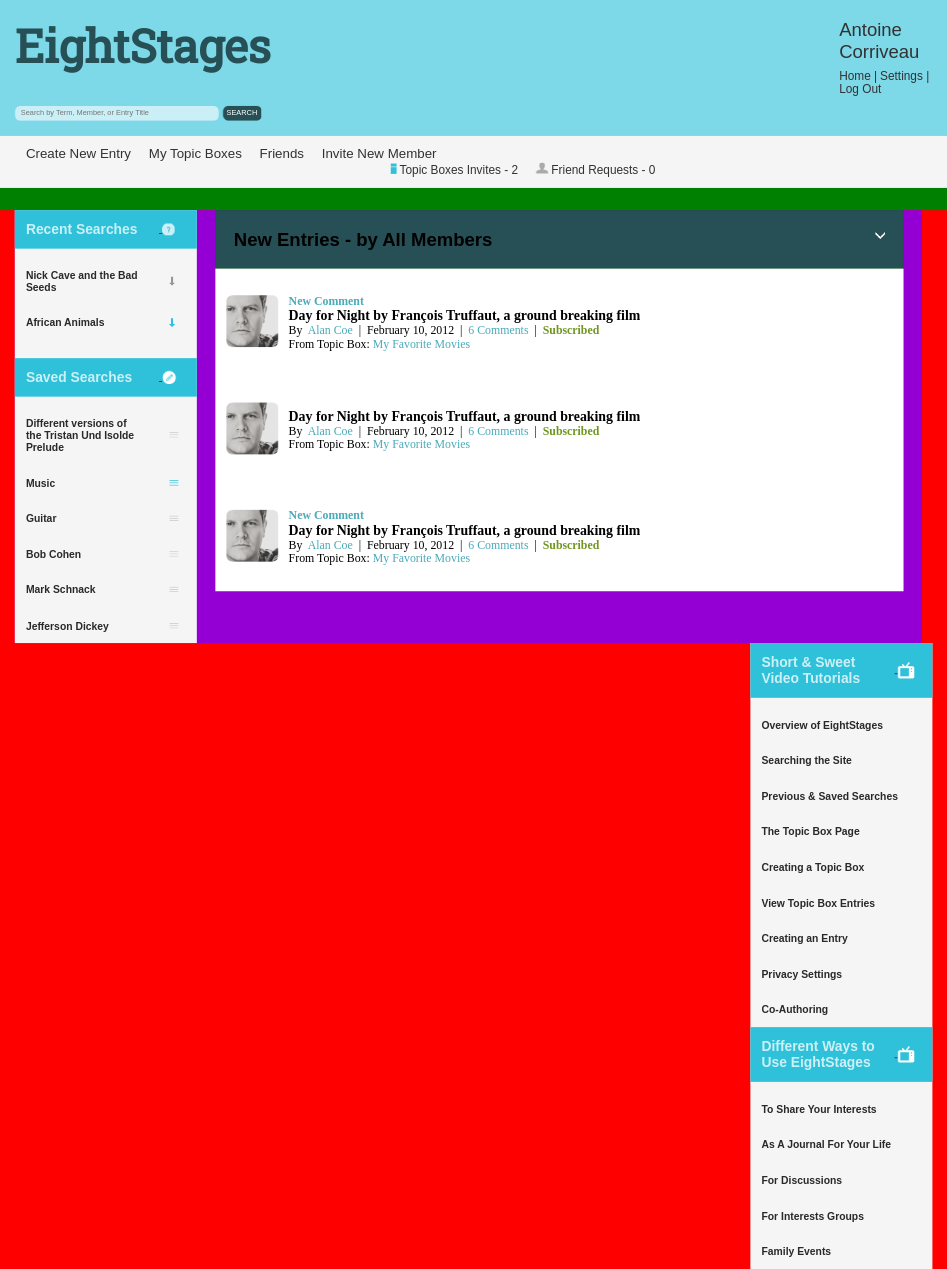
Repository: bhattaraib58/eighstages-lf-design
Page: Assignment 3/Eight Stages Website Mockup Done/index.html
The author's editor kept a copy of each file at every save. The page is drawn from the files as they stood at one save, then again after the next save.
The browser window is 1280 px wide. The pictures show the whole page, at 74% of full size.
Some web fonts or font styles are not loaded; a fallback is used.

Above is the page before, as saved 2019-06-10 03:09:53.

### Assignment 3/Eight Stages Website Mockup Done/index.html
<!DOCTYPE html>
<html lang="en">

<head>
    <meta charset="UTF-8">
    <meta name="viewport" content="width=device-width, initial-scale=1.0">
    <meta http-equiv="X-UA-Compatible" content="ie=edge">
    <link href="https://fonts.googleapis.com/css?family=Roboto+Slab:300,400&display=swap" rel="stylesheet">
    <link href="https://fonts.googleapis.com/css?family=Istok+Web&display=swap" rel="stylesheet">
    <link rel="stylesheet" href="css/reset.css">
    <link rel="stylesheet" href="css/style.css">
    <title>EightStages</title>
</head>

<body>
    <div class="header">
        <div class="top-header clearfix">
            <div class="logo-search">
                <div class="logo">
                    <h1><a href="#">EightStages</a></h1>
                </div>
                <form action="#">
                    <div class="input">
                        <input type="text" name="search-box" placeholder="Search by Term, Member, or Entry Title">
                    </div>
                    <div class="button">
                        <button type="submit">SEARCH</button>
                    </div>
                </form>
            </div>
            <div class="profile-info">
                <div class="title"><a href="#">Antoine Corriveau</a></div>
                <ul class="horizontal-line">
                    <li><a href="#">Home |</a></li>
                    <li><a href="#">Settings |</a></li>
                    <li><a href="#">Log Out</a></li>
                </ul>
            </div>
        </div>
        <div class="bottom-header clearfix">
            <ul class="menu-items">
                <li><a href="#">Create New Entry</a></li>
                <li><a href="#">My Topic Boxes</a></li>
                <li><a href="#">Friends</a></li>
                <li><a href="#">Invite New Member</a></li>
            </ul>
            <div class="user-info">
                <a href="#" class="topic-invites">
                    <img src="images/topic-invites.png" alt="Topic Invites Icon">
                    <span>Topic Boxes Invites - </span>
                    <span>2</span>
                </a>
                <a href="#" class="friend-requests">
                    <img src="images/user.png" alt="User Icon">
                    <span>Friend Requests - </span>
                    <span>0</span>
                </a>
            </div>
        </div>
    </div>
    <div class="container">
        <div class="searches-entries-container">
            <div class="searches-container">
                <div class="recent-searches">
                    <div class="content-title">
                        <a href="#">
                            <h3 class="content-common">Recent Searches</h3>
                            <img src="images/question-mark.png" alt="Question Mark">
                        </a>
                    </div>
                    <div class="searches-content">
                        <ul>
                            <li class="content"><a href="#">
                                    <div>Nick Cave and the Bad Seeds</div>
                                    <img src="images/download-gray.png" alt="Downlaod Gray Icon">
                                </a></li>
                            <li class="content">
                                <a href="#">
                                    <div>African Animals</div>
                                    <img src="images/download-lit.png" alt="Downlaod Lit Icon">
                                </a>
                            </li>
                        </ul>
                    </div>
                </div>
                <div class="saved-searches">
                    <div class="content-title">
                        <a href="#">
                            <h3 class="content-common">Saved Searches</h3>
                            <img src="images/edit-pen.png" alt="Edit Icon">
                        </a>
                    </div>
                    <div class="searches-content">
                        <ul>
                            <li class="content"><a href="#">
                                    <div>Different versions of the
                                        Tristan Und Isolde Prelude</div>
                                    <img src="images/hamburger-gray.png" alt="Hamburger Gray Icon">
                                </a></li>
                            <li class="content">
                                <a href="#">
                                    <div>Music</div>
                                    <img src="images/hamburger-selected.png" alt="Hamburger Selected Icon">
                                </a>
                            </li>
                            <li class="content">
                                <a href="#">
                                    <div>Guitar</div>
                                    <img src="images/hamburger-gray.png" alt="Hamburger Gray Icon">
                                </a>
                            </li>
                            <li class="content">
                                <a href="#">
                                    <div>Bob Cohen</div>
                                    <img src="images/hamburger-gray.png" alt="Hamburger Gray Icon">
                                </a>
                            </li>
                            <li class="content">
                                <a href="#">
                                    <div>Mark Schnack</div>
                                    <img src="images/hamburger-gray.png" alt="Hamburger Gray Icon">
                                </a>
                            </li>
                            <li class="content">
                                <a href="#">
                                    <div>Jefferson Dickey</div>
                                    <img src="images/hamburger-gray.png" alt="Hamburger Gray Icon">
                                </a>
                            </li>

                        </ul>
                    </div>
                </div>
            </div>
            <div class="entries-container">
                <div class="entries-main-title clearfix">
                    <h1>New Entries - by All Members</h1>
                    <a href="#"><img src="images/arrow.png" alt="Arrow Icon"></a>
                </div>
                <div class="entries-list">
                    <ul>
                        <li class="entries">
                            <div>
                                <div class="image-container">
                                    <img src="images/person-1.png" alt="person-1">
                                </div>
                                <div class="entries-content">
                                    <span class="entries-notify-info">New Comment</span>
                                    <h3  class="entries-title">Day for Night by François Truffaut, a ground breaking film</h3>
                                    <div class="entries-author">
                                        <span>By&nbsp;</span>
                                        <a href="#">Alan Coe</a>
                                        <span>&nbsp;|&nbsp;</span>
                                        <span>February 10, 2012</span>
                                        <span>&nbsp;|&nbsp;</span>
                                        <a href="#">6&nbsp;Comments</a>
                                        <span>&nbsp;|&nbsp;</span>
                                        <span class="subscribed">Subscribed</span>
                                    </div>
                                    <div class="entries-category">
                                        <span>From Topic Box: </span>
                                        <a href="#">My Favorite Movies</a>
                                    </div>
                                </div>
                            </div>
                        </li>

                        <li class="entries">
                                <div>
                                    <div class="image-container">
                                        <img src="images/person-1.png" alt="person-1">
                                    </div>
                                    <div class="entries-content">
                                        <!-- <span class="entries-notify-info">New Comment</span> -->
                                        <h3  class="entries-title">Day for Night by François Truffaut, a ground breaking film</h3>
                                        <div class="entries-author">
                                            <span>By&nbsp;</span>
                                            <a href="#">Alan Coe</a>
                                            <span>&nbsp;|&nbsp;</span>
                                            <span>February 10, 2012</span>
                                            <span>&nbsp;|&nbsp;</span>
                                            <a href="#">6&nbsp;Comments</a>
                                            <span>&nbsp;|&nbsp;</span>
                                            <span class="subscribed">Subscribed</span>
                                        </div>
                                        <div class="entries-category">
                                            <span>From Topic Box: </span>
                                            <a href="#">My Favorite Movies</a>
                                        </div>
                                    </div>
                                </div>
                            </li>
                            <li class="entries">
                                <div>
                                    <div class="image-container">
                                        <img src="images/person-1.png" alt="person-1">
                                    </div>
                                    <div class="entries-content">
                                        <span class="entries-notify-info">New Comment</span>
                                        <h3  class="entries-title">Day for Night by François Truffaut, a ground breaking film</h3>
                                        <div class="entries-author">
                                            <span>By&nbsp;</span>
                                            <a href="#">Alan Coe</a>
                                            <span>&nbsp;|&nbsp;</span>
                                            <span>February 10, 2012</span>
                                            <span>&nbsp;|&nbsp;</span>
                                            <a href="#">6&nbsp;Comments</a>
                                            <span>&nbsp;|&nbsp;</span>
                                            <span class="subscribed">Subscribed</span>
                                        </div>
                                        <div class="entries-category">
                                            <span>From Topic Box: </span>
                                            <a href="#">My Favorite Movies</a>
                                        </div>
                                    </div>
                                </div>
                            </li>
                    </ul>
                </div>




























            </div>
        </div>
        <div class="shortlink-sidebar-container">
            <div class="content-title">
                <a href="#">
                    <h3 class="content-common">Short & Sweet
                        Video Tutorials</h3>
                    <img src="images/tv-icon.png" alt="TV (Watch) Icon">
                </a>
            </div>
            <div class="searches-content">
                <ul>
                    <li class="content"><a href="#">
                            Overview of EightStages
                        </a></li>
                    <li class="content"><a href="#">
                            Searching the Site
                        </a></li>
                    <li class="content"><a href="#">
                            Previous & Saved Searches
                        </a></li>
                    <li class="content"><a href="#">
                            The Topic Box Page
                        </a></li>
                    <li class="content"><a href="#">
                            Creating a Topic Box
                        </a></li>
                    <li class="content"><a href="#">
                            View Topic Box Entries
                        </a></li>

                    <li class="content"><a href="#">
                            Creating an Entry
                        </a></li>
                    <li class="content">
                        <a href="#">
                            Privacy Settings
                        </a>
                    </li>
                    <li class="content"><a href="#">
                            Co-Authoring
                        </a></li>
                </ul>
            </div>

            <div class="content-title">
                <a href="#">
                    <h3 class="content-common">Different Ways
                        to Use EightStages</h3>
                    <img src="images/tv-icon.png" alt="TV (Watch) Icon">
                </a>
            </div>
            <div class="searches-content">
                <ul>
                    <li class="content"><a href="#">
                            To Share Your Interests
                        </a></li>
                    <li class="content"><a href="#">
                            As A Journal For Your Life
                        </a></li>
                    <li class="content"><a href="#">
                            For Discussions
                        </a></li>
                    <li class="content"><a href="#">
                            For Interests Groups
                        </a></li>
                    <li class="content"><a href="#">
                            Family Events
                        </a></li>
                </ul>
            </div>
        </div>
    </div>
</body>

</html>

### Assignment 3/Eight Stages Website Mockup Done/css/reset.css
*
{
    margin: 0px;
    padding: 0px;
    box-sizing: border-box;
}

### Assignment 3/Eight Stages Website Mockup Done/css/style.css
body {
    background-color: red;
}

.header {
    background-color: green;
}

.top-header {
    background-color: #7dd8e8;
    padding: 20px;
}

.logo-search {
    width: 60%;
    float: left;
}

.clearfix::after {
    content: "";
    clear: both;
    display: table;
}

.logo {
    margin-right: 22px;
    font-family: 'Roboto Slab', serif;
    float: left;
}

.logo a {
    color: #274f56;
    text-decoration: none;
    font-size: 62px;
}

form {
    float: left;
    margin-top: 40px;
    margin-right: 178px;
}

form input {
    margin-right: 5px;
    width: 276px;
    height: 20px;
    background-color: transparent;
    border: 0px;
    padding: 8px;
    font-size: 10px;
    color: #5c5c5c;
    font-family: "Istok Web ", sans-serif;
    outline: none;
    display: inline-block;
}

form .input {
    background: url(../images/input.png) no-repeat;
    float: left;
}

form button {
    display: inline-block;
    outline: none;
    color: #ffffff;
    font-family: "Istok Web ", sans-serif;
    background-color: transparent;
    border: 0px;
    padding: 5px;
    font-size: 10px;
    text-align: center;
    display: inline-block;
}

form .button {
    background: url(../images/button.png) no-repeat;
    float: left;
}

.profile-info {
    width: 40%;
    float: right;
    margin-top: 6px;
    padding-left: 370px;
}

.title {
    font-size: 25px;
    font-family: "Muli", sans-serif;
    margin-bottom: 10px;
}

.profile-info a {
    color: #323232;
    text-decoration: none;
}

ul.horizontal-line li {
    display: inline;
    font-family: "Istok Web ", sans-serif;
    font-size: 16px;
}

.bottom-header {
    background-color: #f5f5f5;
    padding: 15px;
}

.menu-items {
    float: left;
}

.menu-items li {
    display: inline-block;
    font-family: "Istok Web ", sans-serif;
    font-size: 18px;
    margin-left: 20px;
}

.menu-items a {
    color: #323232;
    text-decoration: none;
}

.user-info {
    float: left;
    margin-left: 512px;
}

.user-info a {
    margin-right: 20px;
    text-decoration: none;
    color: #323232;
}

.user-info span {
    font-family: "Istok Web ", sans-serif;
    font-size: 16px;
}

.container {
    padding: 30px 20px 0px 20px;
    background-color: green;
}

.searches-entries-container {
    float: left;
    background-color: darkviolet;
}

.searches-container {
    width: 246px;
    background-color: #f5f5f5;
    float: left;
}

/* body content */
.entries-container {
    float: right;
    background-color: darkgreen;
    margin-left: 25px;
    margin-right: 25px;
    width:930px;
}

.recent-searches {
    margin-bottom: 25px;
}

.shortlink-sidebar-container {
    width: 246px;
    background-color: #f5f5f5;
    float: right;
}

.content-common {
    width: 155px;
    word-wrap: break-word;
    display: inline-block;
    margin-right: 25px;
    vertical-align: middle;
}

.content-title {
    margin-bottom: 13px;
    background-color: #2fc1d9;
    padding: 15px;
}

.content-title h3 {
    font-family: "Istok Web ", sans-serif;
    color: #ccf0f6;
}

.content-title img {
    vertical-align: middle;
}

.searches-content li {
    display: block;
    font-family: "Istok Web ", sans-serif;
    font-size: 16px;
}

.content {
    padding: 15px;
}

.content a {
    text-decoration: none;
    color: #292929;
    font-weight: 550;
    font-size: 14px;
}

.content div {
    width: 155px;
    word-wrap: break-word;
    display: inline-block;
    margin-right: 35px;
    vertical-align: middle;
}

.content img {
    vertical-align: middle;
}

.content:hover {
    background-color: #ffffff;
    padding: 15px;
}

.content a:hover {
    color: #309eb0;
}

/* div .img{
    height: 12px;
    width: 12px;
    background: url('images/hamburger-gray.png');
}
div .img:hover {
    background: url('images/hamburger-selected.png');
} */

.entries-main-title {
    background-color: #274f56;
    padding: 25px;
}

.entries-main-title h1 {
    font-size: 25px;
    font-family: "Muli", sans-serif;
    display: inline-block;
    margin-right: 50px;
    float: left;
}
.entries-main-title a {
    float: right;
}

.entries-list
{
    background-color: #ffffff;
}
.entries-list li
{
    display: inline-block;
}

.entries
{
    padding: 15px;
    margin-bottom: 20px;
    margin-top: 20px;
}

.entries::after
{
    background: url("/images/line.png");
}

.image-container
{
    display: inline-block;
    vertical-align: middle;
    margin-right: 10px;
}
.entries-content
{
    display: inline-block;
    vertical-align: middle;
}
.entries-notify-info
{
    color: #49aaba;
    font-weight: 550;
}
.entries-notify-invite
{
    color: #d53f1c;
    font-weight: 550;
}

.entries a
{
    text-decoration: none;
    color: #49aaba;
}

.subscribed
{
    color: #709620;
    font-weight: 550;
}

After the next save:
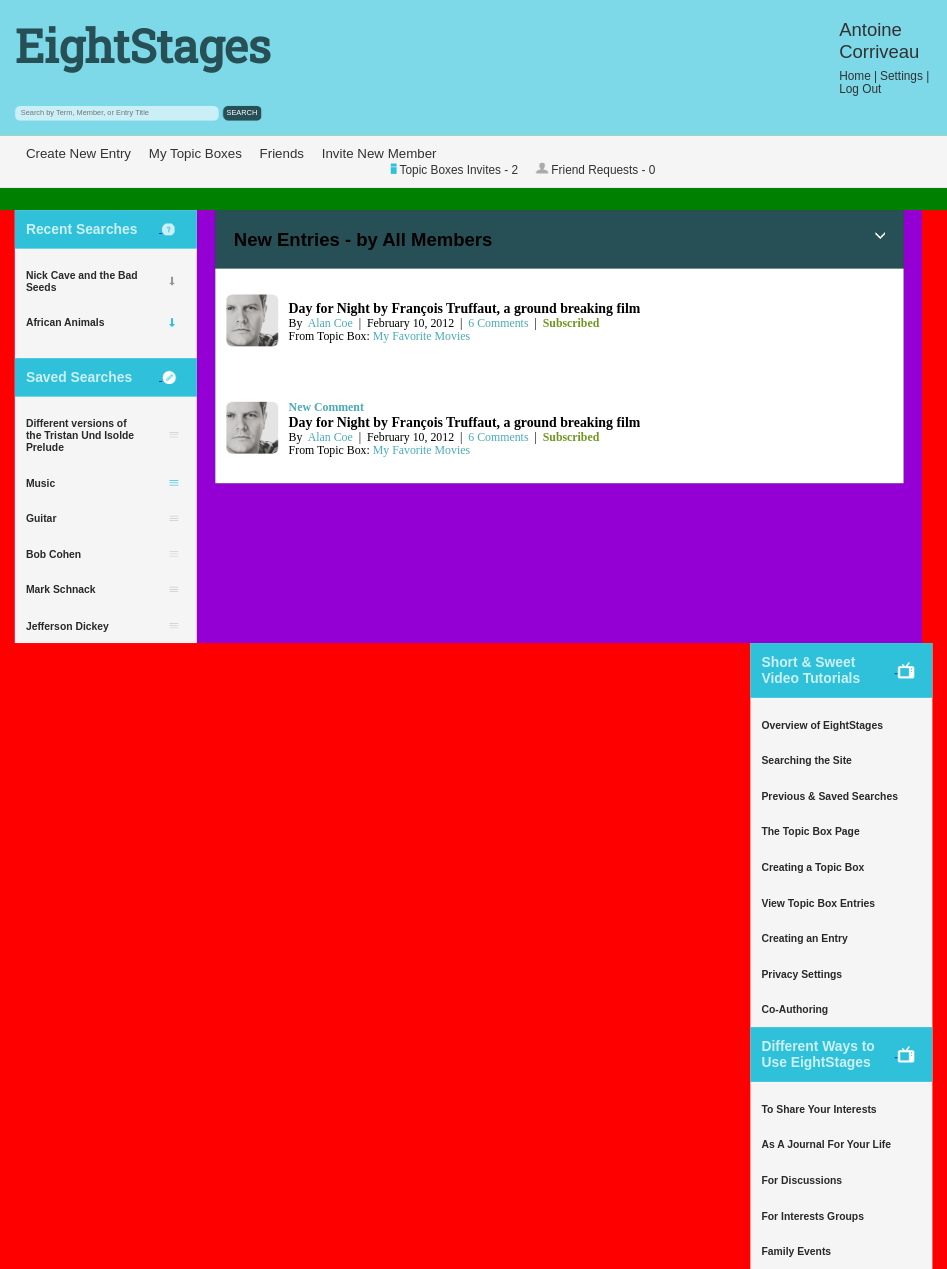
Saved 19 s later.
--- a/Assignment 3/Eight Stages Website Mockup Done/index.html
+++ b/Assignment 3/Eight Stages Website Mockup Done/index.html
@@ -145,7 +145,7 @@
                                     <img src="images/person-1.png" alt="person-1">
                                 </div>
                                 <div class="entries-content">
-                                    <span class="entries-notify-info">New Comment</span>
+                                    <!-- <span class="entries-notify-info">New Comment</span> -->
                                     <h3  class="entries-title">Day for Night by François Truffaut, a ground breaking film</h3>
                                     <div class="entries-author">
                                         <span>By&nbsp;</span>
@@ -166,31 +166,6 @@
                         </li>
 
                         <li class="entries">
-                                <div>
-                                    <div class="image-container">
-                                        <img src="images/person-1.png" alt="person-1">
-                                    </div>
-                                    <div class="entries-content">
-                                        <!-- <span class="entries-notify-info">New Comment</span> -->
-                                        <h3  class="entries-title">Day for Night by François Truffaut, a ground breaking film</h3>
-                                        <div class="entries-author">
-                                            <span>By&nbsp;</span>
-                                            <a href="#">Alan Coe</a>
-                                            <span>&nbsp;|&nbsp;</span>
-                                            <span>February 10, 2012</span>
-                                            <span>&nbsp;|&nbsp;</span>
-                                            <a href="#">6&nbsp;Comments</a>
-                                            <span>&nbsp;|&nbsp;</span>
-                                            <span class="subscribed">Subscribed</span>
-                                        </div>
-                                        <div class="entries-category">
-                                            <span>From Topic Box: </span>
-                                            <a href="#">My Favorite Movies</a>
-                                        </div>
-                                    </div>
-                                </div>
-                            </li>
-                            <li class="entries">
                                 <div>
                                     <div class="image-container">
                                         <img src="images/person-1.png" alt="person-1">
